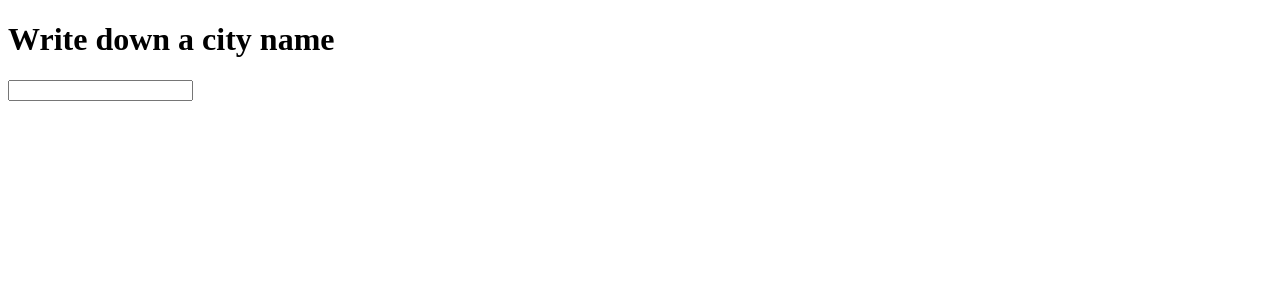
Repository: shayanabedi98/weather-app
Page: http://localhost/
An editor plug-in stored every save of this project. The page is shown before and after the next save, followed by the edit.
The browser window is 1280 px wide. The pictures show the whole page.
The page is served by the project's Node server (index.js).

Above is the page before, as saved 2023-11-14 18:34:15.

### index.html
<!DOCTYPE html>
<html lang="en">
<head>
    <meta charset="UTF-8">
    <meta name="viewport" content="width=device-width, initial-scale=1.0">
    <title>Weather App</title>
</head>
<body>
    <h1>Write down a city name</h1>
    <input type="text" name="city">
</body>
</html>

### index.js
import express from 'express';
import 'dotenv/config';
import path from "path"

const __dirname = path.resolve();
const apiKey = process.env.WEATHER_API_KEY;
const app = express();
const port = 3000;

app.use(express.urlencoded({ extended: true }));

app.get('/', async (req, res) => {
    res.sendFile(__dirname + '/index.html');
});

app.post('/weather', async (req, res) => {
    const city = req.body.city;
    try {
        const response = await axios.get(`https://api.openweathermap.org/data/2.5/weather?q=${city}&appid=${apiKey}`);
        console.log(response);
    } catch (error) {

    }
})

app.listen(port, () => {
    console.log(`server is running on port: ${port}`);
});

### public/index.html
<!DOCTYPE html>
<html lang="en">
<head>
    <meta charset="UTF-8">
    <meta name="viewport" content="width=device-width, initial-scale=1.0">
    <title>Weather App</title>
</head>
<body>
    <h1>Write down a city name</h1>
    <form action="/weather" method="post">
        <input type="text" name="city" placeholder="Enter city name">
        <button type="submit">Search</button>
    </form>
</body>
</html>

After the next save:
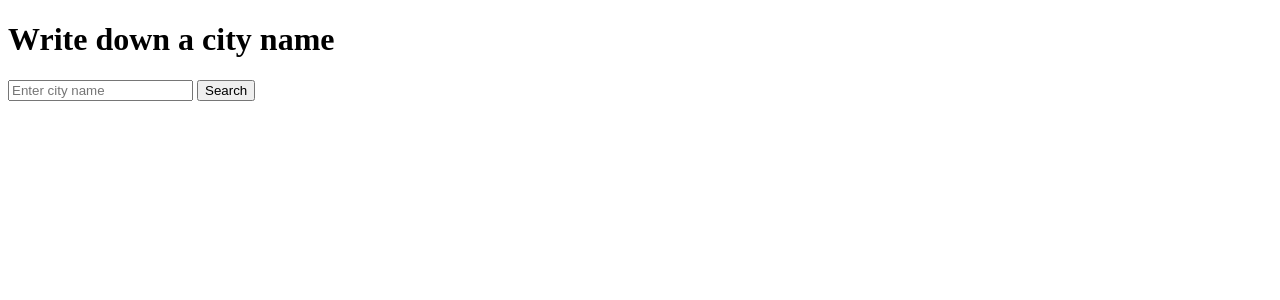
Saved 23 s later.
--- a/index.js
+++ b/index.js
@@ -10,7 +10,7 @@ const port = 3000;
 app.use(express.urlencoded({ extended: true }));
 
 app.get('/', async (req, res) => {
-    res.sendFile(__dirname + '/index.html');
+    res.sendFile(__dirname + '/public/index.html');
 });
 
 app.post('/weather', async (req, res) => {
